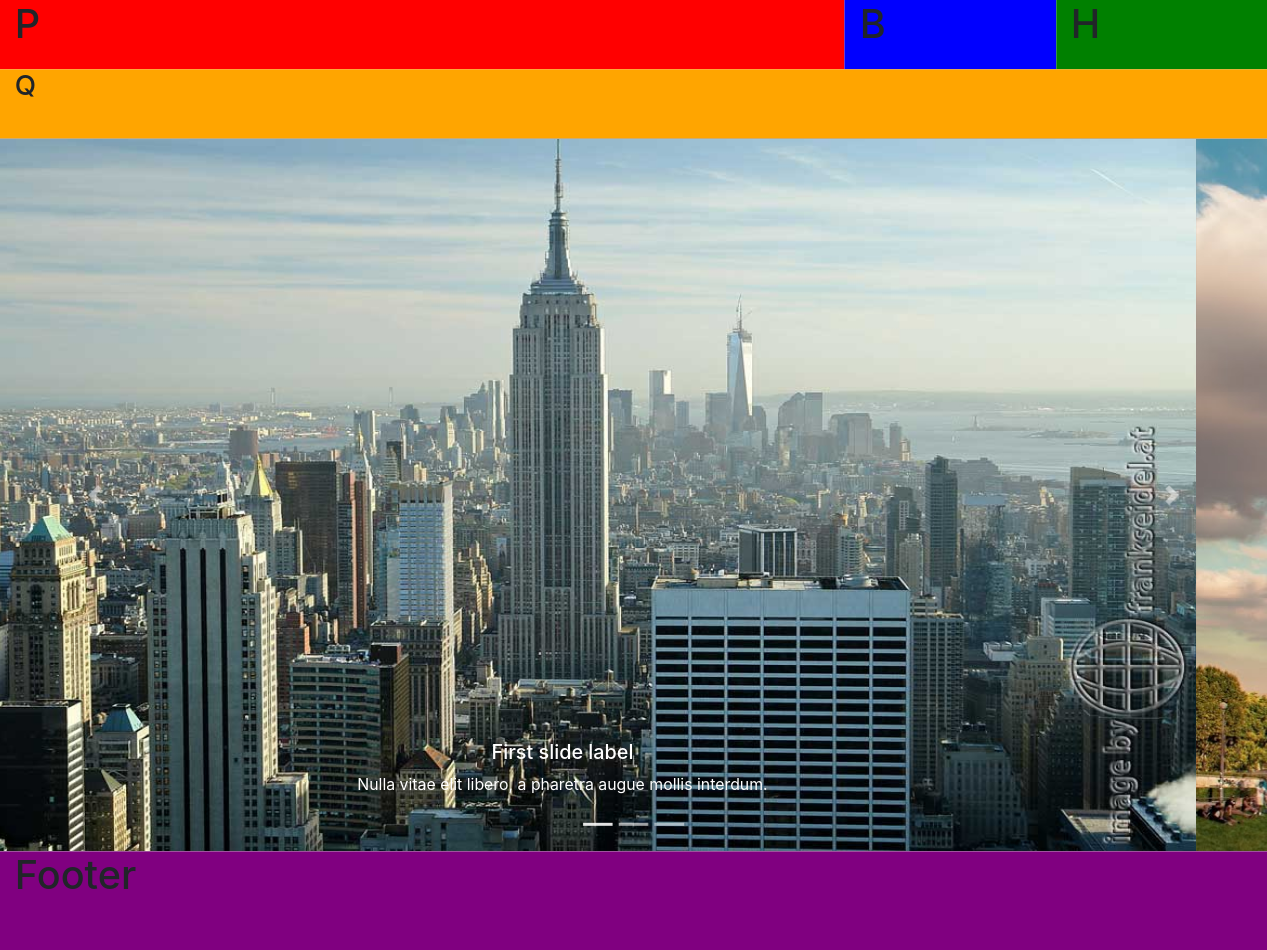
Repository: Brad000/PlanAway-Project
Page: index.html
The author's editor kept a record of every edit. The page is drawn from the files as they stood at one moment, then again after the next edit.
The browser window is 1280 px wide. The pictures show the whole page, at 99% of full size.
Some web libraries are served in a nearby version.

Above is the page before.

### index.html
<!DOCTYPE html>
<html lang="en">

<head>
    <meta charset="UTF-8">
    <meta name="viewport" content="width=device-width, initial-scale=1.0">
    <meta http-equiv="X-UA-Compatible" content="ie=edge">
    <link rel="stylesheet" href="assets/css/style.css" type="text/css" />
    <link rel="stylesheet" href="https://stackpath.bootstrapcdn.com/bootstrap/4.4.1/css/bootstrap.min.css" integrity="sha384-Vkoo8x4CGsO3+Hhxv8T/Q5PaXtkKtu6ug5TOeNV6gBiFeWPGFN9MuhOf23Q9Ifjh" crossorigin="anonymous">
    <script src="https://code.jquery.com/jquery-3.4.1.slim.min.js" integrity="sha384-J6qa4849blE2+poT4WnyKhv5vZF5SrPo0iEjwBvKU7imGFAV0wwj1yYfoRSJoZ+n" crossorigin="anonymous"></script>
    <script src="https://cdn.jsdelivr.net/npm/popper.js@1.16.0/dist/umd/popper.min.js" integrity="sha384-Q6E9RHvbIyZFJoft+2mJbHaEWldlvI9IOYy5n3zV9zzTtmI3UksdQRVvoxMfooAo" crossorigin="anonymous"></script>
    <script src="https://stackpath.bootstrapcdn.com/bootstrap/4.4.1/js/bootstrap.min.js" integrity="sha384-wfSDF2E50Y2D1uUdj0O3uMBJnjuUD4Ih7YwaYd1iqfktj0Uod8GCExl3Og8ifwB6" crossorigin="anonymous"></script>
    <script src="https://kit.fontawesome.com/5655c570e1.js" crossorigin="anonymous"></script>
    <title>PlanAway - Plan your next vacation</title>
</head>

<body>

    <header class="container-fluid">
        <div class="row">
            <div class="col-12 col-md-8 a">
                <h1>P</h1>
            </div>
            <div class="col-6 col-md-2 b">
                <h1>B</h1>
            </div>
            <div class="col-6 col-md-2 c">
                <h1>H</h1>
            </div>
            <div class="col-12 d">
                <h3>Q</h3>
            </div>
        </div>
    </header>

    <section class="container-fluid" id="image">
        <div class="row no-gutters">
            <div class="col-12 image">
                <div id="carouselExampleCaptions" class="carousel slide" data-ride="carousel">
                    <ol class="carousel-indicators">
                        <li data-target="#carouselExampleCaptions" data-slide-to="0" class="active"></li>
                        <li data-target="#carouselExampleCaptions" data-slide-to="1"></li>
                        <li data-target="#carouselExampleCaptions" data-slide-to="2"></li>
                    </ol>
                    <div class="carousel-inner">
                        <div class="carousel-item active">
                            <img src="assets/images/new-york.jpg" class="d-block w-100" alt="...">
                            <div class="carousel-caption d-none d-md-block">
                                <h5>First slide label</h5>
                                <p>Nulla vitae elit libero, a pharetra augue mollis interdum.</p>
                            </div>
                        </div>
                        <div class="carousel-item">
                            <img src="assets/images/paris.jpg" class="d-block w-100" alt="...">
                            <div class="carousel-caption d-none d-md-block">
                                <h5>Second slide label</h5>
                                <p>Lorem ipsum dolor sit amet, consectetur adipiscing elit.</p>
                            </div>
                        </div>
                        <div class="carousel-item">
                            <img src="assets/images/tokyo.jpg" class="d-block w-100" alt="...">
                            <div class="carousel-caption d-none d-md-block">
                                <h5>Third slide label</h5>
                                <p>Praesent commodo cursus magna, vel scelerisque nisl consectetur.</p>
                            </div>
                        </div>
                    </div>
                    <a class="carousel-control-prev" href="#carouselExampleCaptions" role="button" data-slide="prev">
    <span class="carousel-control-prev-icon" aria-hidden="true"></span>
    <span class="sr-only">Previous</span>
  </a>
                    <a class="carousel-control-next" href="#carouselExampleCaptions" role="button" data-slide="next">
    <span class="carousel-control-next-icon" aria-hidden="true"></span>
    <span class="sr-only">Next</span>
  </a>
                </div>
            </div>
        </div>
    </section>
<footer class="container-fluid">
    <div class="row">
        <div class="col-12 footer">
            <h1>Footer</h1>
        </div>
    </div>
</footer>



</body>

</html>

### assets/css/style.css
.a {
    background-color: red;
    height: 70px;

}

.b {
    background-color: blue;
     height: 70px;
}

.c {
    background-color: green;
     height: 70px;
}

.d {
    background-color: orange;
     height: 70px;
}

.image {
    background-color: gray;
}

#image {
    padding: 0;
}

.footer {
    height: 100px;
    background-color: purple;
}

img {
    height: 100vh;
}

After the next edit:
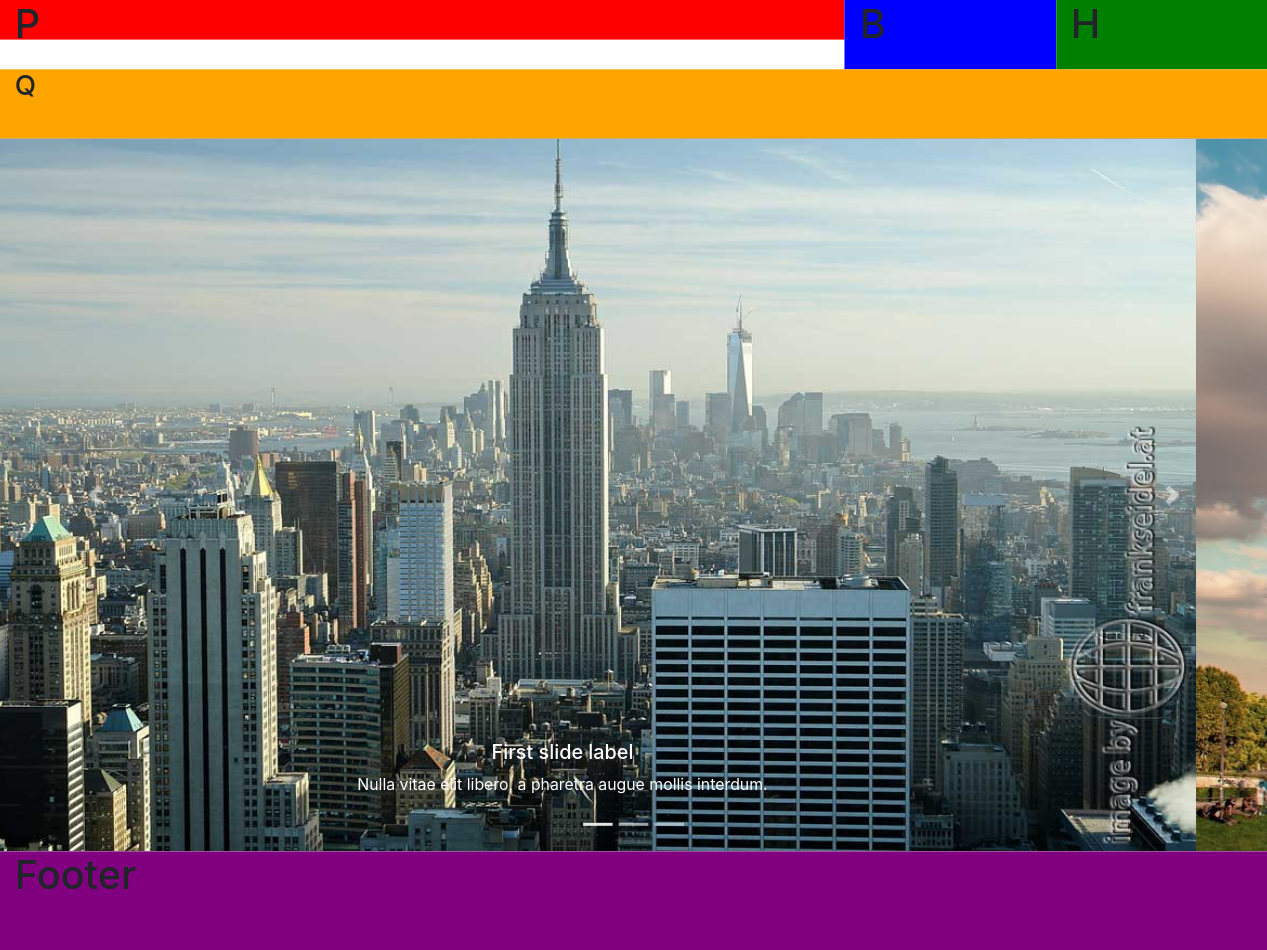
The edit:
--- a/assets/css/style.css
+++ b/assets/css/style.css
@@ -1,6 +1,6 @@
 .a {
     background-color: red;
-    height: 70px;
+    height: 40px;
 
 }
 
